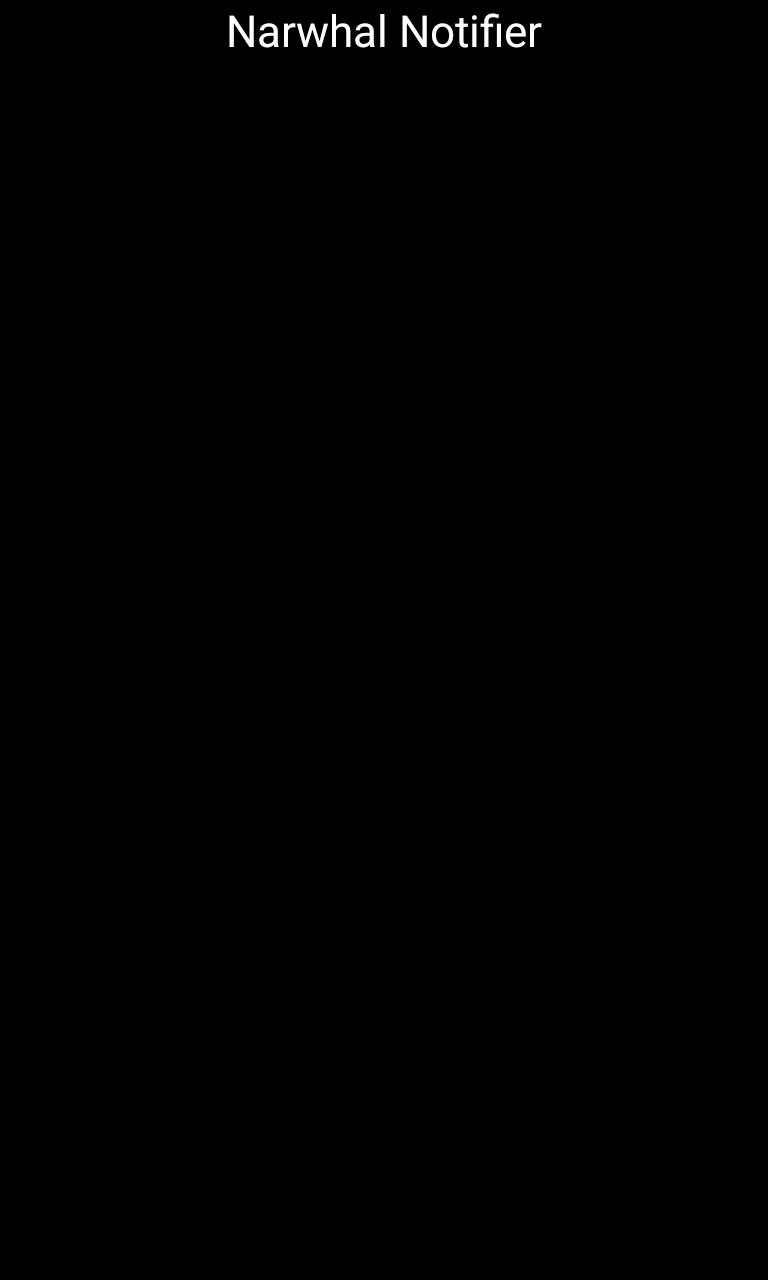
Repository: shawnbuso/NarwhalNotifier
Layout: Narwhal Notifier/res/layout/main.xml
An editor plug-in stored every save of this project. The layout is shown before and after the next save, followed by the edit.
It is drawn on a 768 x 1280 px phone screen (xhdpi) without system bars, with theme android:Theme; the app's code is not run.

Above is the layout before, as saved 2012-01-11 17:23:45.

After the next save:
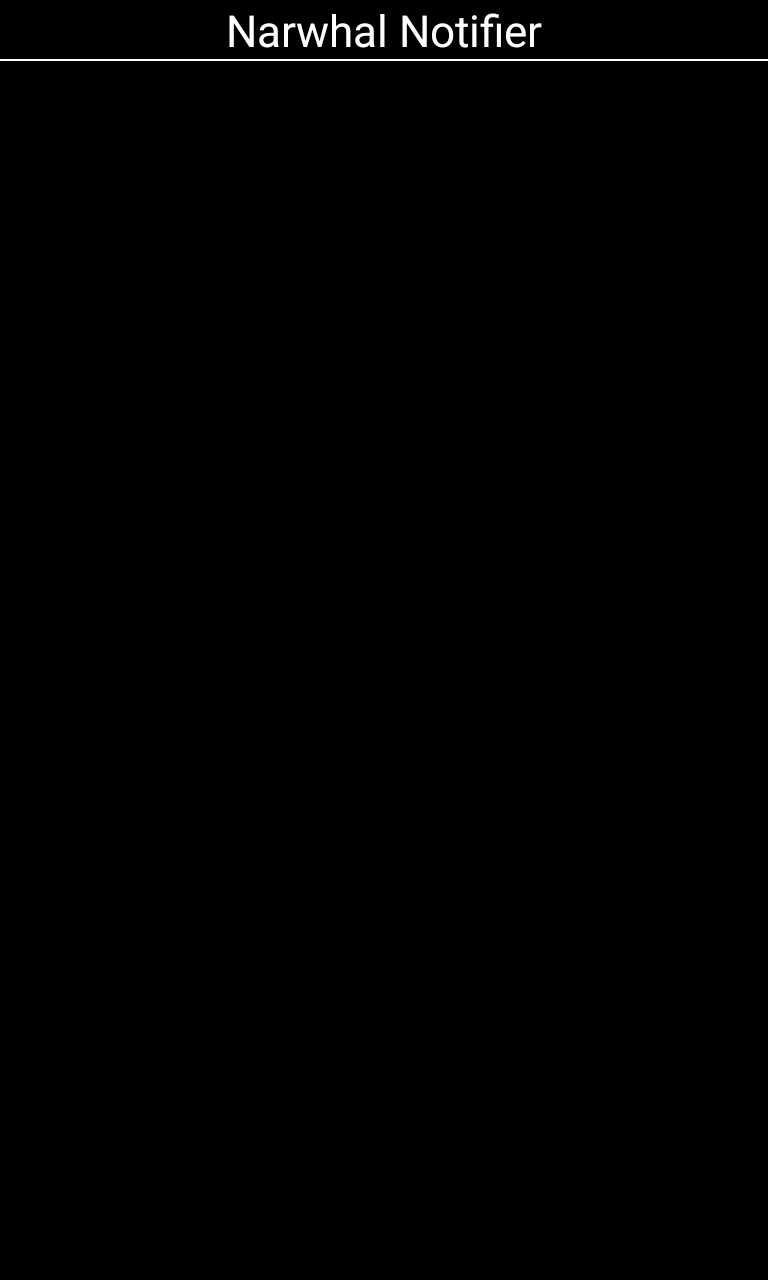
Saved 9 min 24 s later.
--- a/Narwhal Notifier/res/layout/main.xml
+++ b/Narwhal Notifier/res/layout/main.xml
@@ -8,8 +8,16 @@
         android:id="@+id/title"
         android:layout_width="fill_parent"
         android:layout_height="wrap_content"
+        android:gravity="center_horizontal"
         android:text="@string/app_name"
-        android:gravity="center_horizontal"
         android:textAppearance="?android:attr/textAppearanceLarge" />
 
+    <View
+        android:id="@+id/separator"
+        android:layout_width="fill_parent"
+        android:layout_height="1dip"
+        android:layout_alignParentTop="true"
+        android:layout_centerVertical="true"
+        android:background="#ffffff" />
+
 </LinearLayout>
